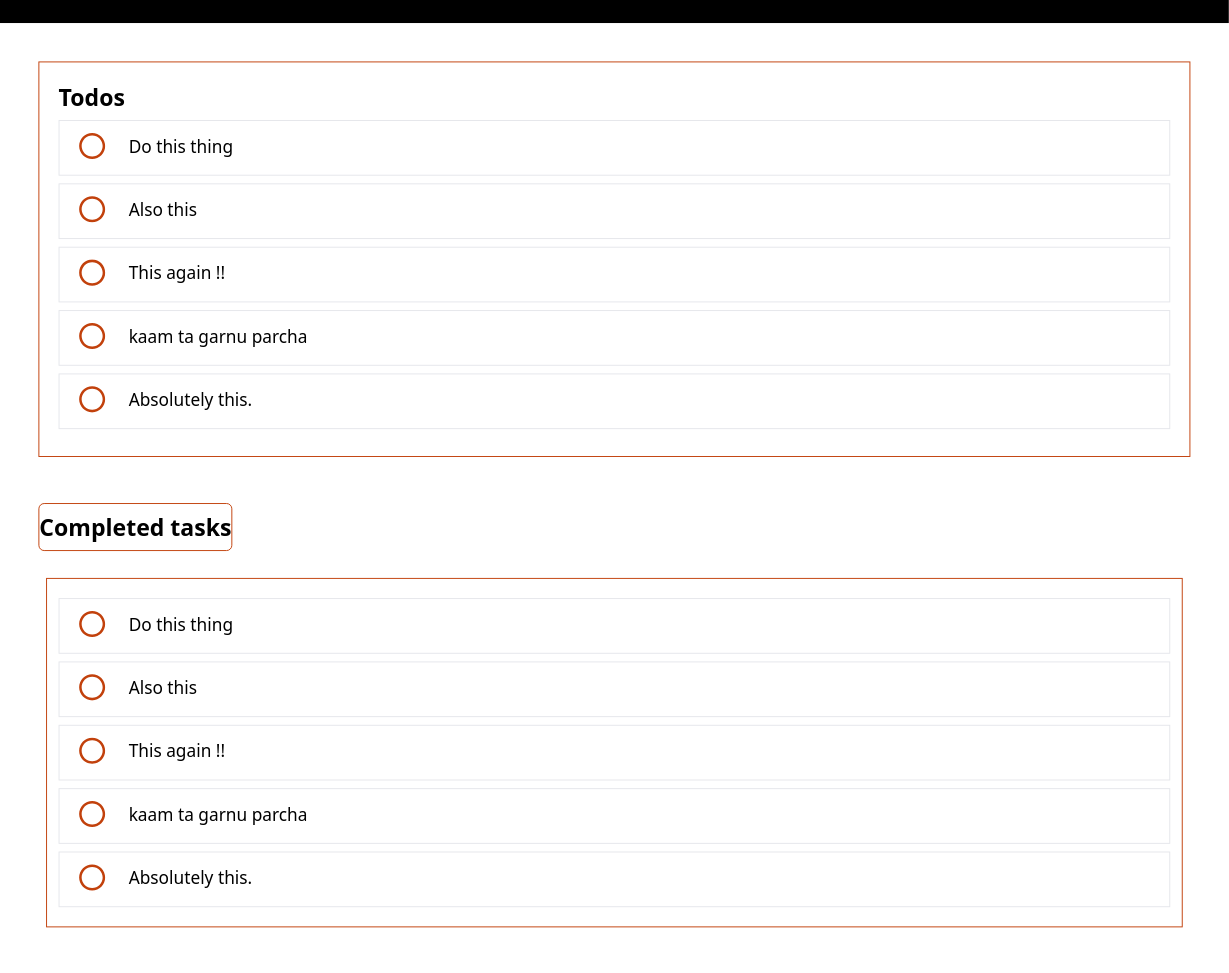
Repository: thekingisherenow/personalTodo
Page: /
The author's editor kept a copy of each file at every save. The page is drawn from the files as they stood at one save, then again after the next save.
The browser window is 1280 px wide. The pictures show the whole page, at 96% of full size.
The project was rebuilt for these pictures with package versions that can differ from the ones it lists, and the page was loaded fresh each time. The framework's server and built-in components were replaced by stand-ins that run in the browser. Also part of the build but not shown: next.config.js, styles/Home.module.css.

Above is the page before, as saved 2022-12-15 19:39:54.

After the next save:
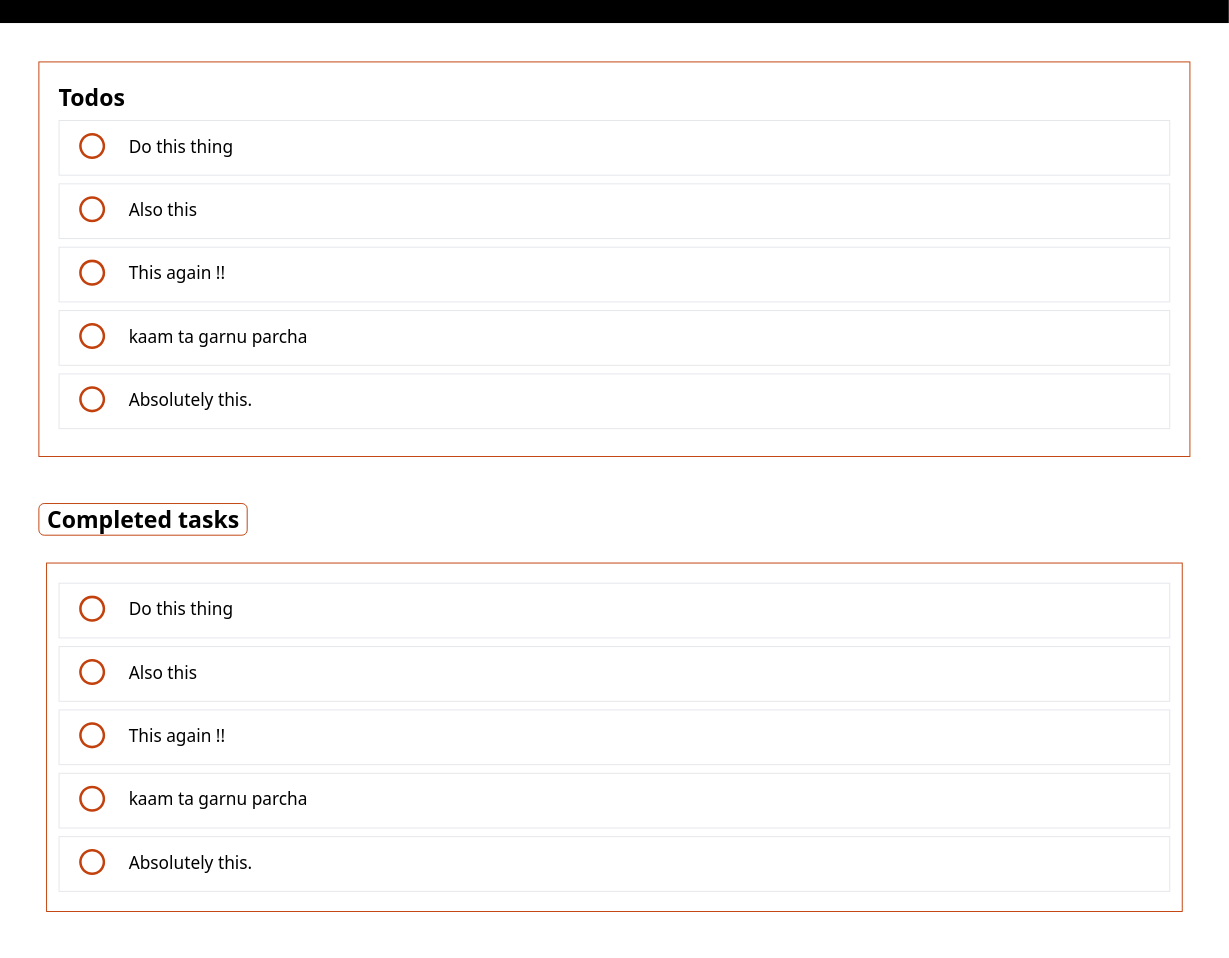
Saved 4 s later.
--- a/components/CompletedTodos.js
+++ b/components/CompletedTodos.js
@@ -6,7 +6,7 @@ function Completed() {
 
   return (
     <div className='p-2 m-3 '>
-      <button className='font-bold text-2xl ml-5 border border-orange-700 py-2 rounded-md'>Completed tasks</button>
+      <button className='font-bold text-2xl ml-5 border border-orange-700 px-2 rounded-md'>Completed tasks</button>
 
       <div className='border p-3 m-7 border-orange-700'>
             {todolist.length? todolist.map((todo,index)=>{
